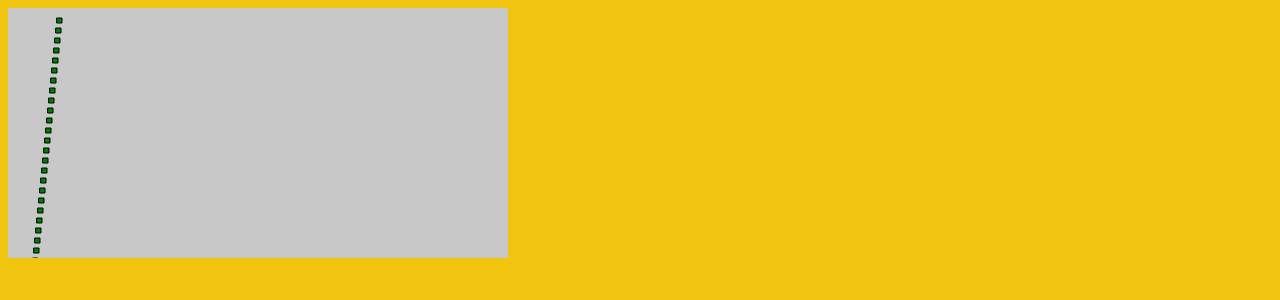
Repository: animarcus/graphing-app
Page: index.html
An editor plug-in stored every save of this project. The page is shown before and after the next save, followed by the edit.
The browser window is 1280 px wide. The pictures show the whole page.
Some web libraries are served in a nearby version.

Above is the page before, as saved 2020-09-21 22:56:33.

### index.html
<!DOCTYPE html>
<html lang="en">
<head>
  <link rel="apple-touch-icon"sizes="180x180"href="/icons/apple-touch-icon.png">
  <link rel="icon"type="image/png"sizes="32x32"href="/icons/favicon-32x32.png">
  <link rel="icon"type="image/png"sizes="16x16"href="/icons/favicon-16x16.png">
  <link rel="manifest"href="/icons/site.webmanifest">

  <link rel="stylesheet" href="css/style.css">
  <meta charset="UTF-8">
  <meta name="viewport" content="width=device-width, initial-scale=1.0, maximum-scale=1.0, user-scalable=0">
  <title>PLACEHOLDER</title>

  <script type="text/javascript" src="https://cdn.jsdelivr.net/npm/p5@1.1.4/lib/p5.min.js"></script>
  <script src="js/sketch.js"></script>
</head>
<body>
</body>
</html>

### css/style.css
* {
  cursor: default;
  /* -webkit-touch-callout: none;
  -webkit-user-select: none;
  -khtml-user-select: none;
  -moz-user-select: none;
  -ms-user-select: none;
  user-select: none; */
}
body {
  background: #f1c40f;
  height: 100%;
  overflow-y: hidden;
  overflow-x: hidden;
  /* border-radius: 50%; */
}

/* #canvas1 {
  position: absolute;
  top:50%;
  left:50%;
  transform: translate(-50%,-50%);
} */

### js/sketch.js
function setup() {
  createCanvas(500,250);
}
let images = [];
for (let i = 0; i < 500; i = i + 10) {
  let result = i;
  result = -result + 500;
  images.push(result);
}


function draw() {
  background(200);
  fill(color("green"));
  for (let x = 0; x < images.length; x++) {
    rect(x,images[x], 5,5);
  }
}

After the next save:
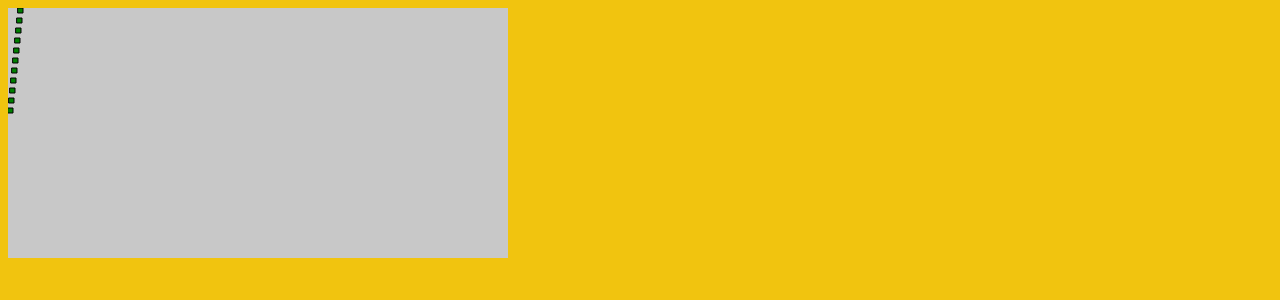
Saved 5 s later.
--- a/js/sketch.js
+++ b/js/sketch.js
@@ -4,7 +4,7 @@ function setup() {
 let images = [];
 for (let i = 0; i < 500; i = i + 10) {
   let result = i;
-  result = -result + 500;
+  result = -result + 100;
   images.push(result);
 }
 
